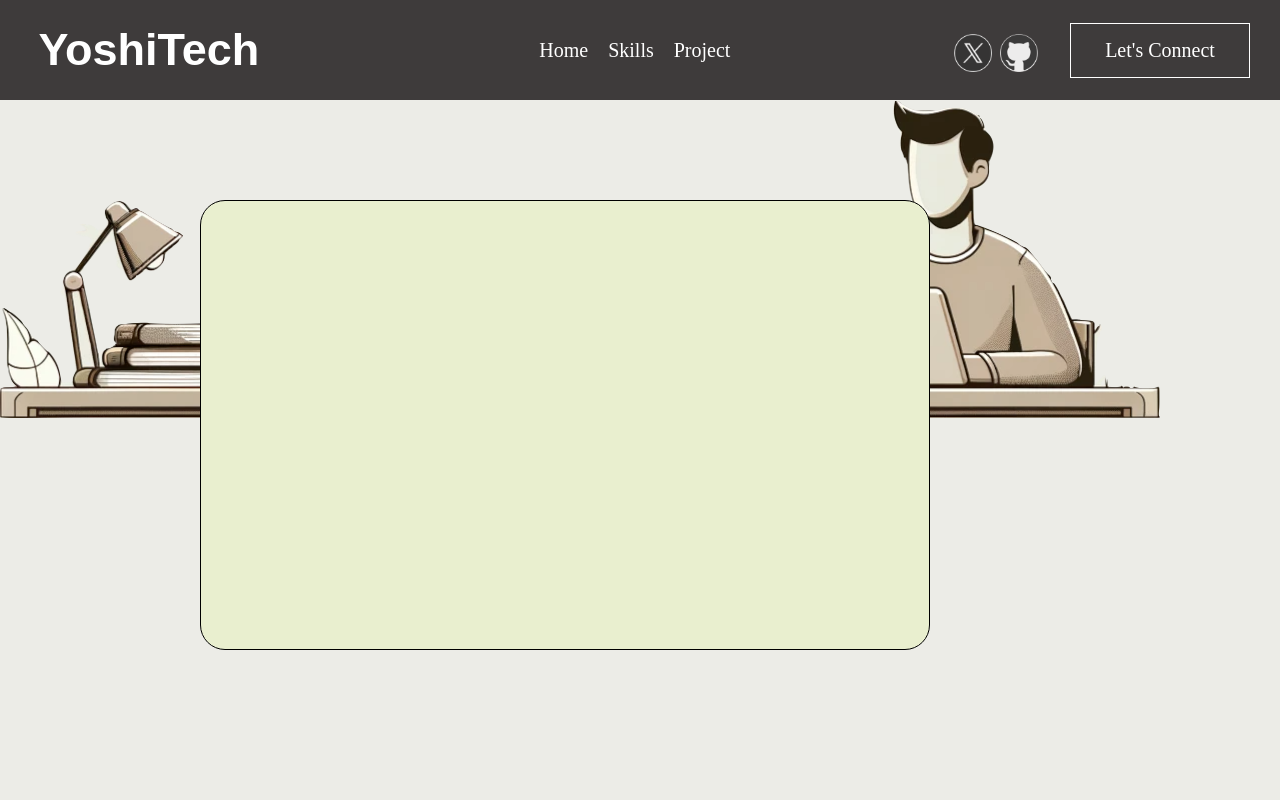
Repository: Yoshiki0418/My_Portfolio
Page: index.html
These files come from the project's save history. The page is drawn as it stood at one moment and after the next save; the edit follows.
The browser window is 1280 px wide. The pictures show the whole page.

Above is the page before, as saved 2024-01-05 21:00:15.

### index.html
<!DOCTYPE html>
<html lang="ja">
<head>
    <meta charset="UTF-8">
    <meta name="viewport" content="width=device-width, initial-scale=1.0">
    <title>Document</title>
    <link rel="stylesheet" type="text/css" href="style.css">
</head>
<body>
    <header>
        <h1 class="Logo">YoshiTech</h1>
        <div class="page_changer">
            <a class="changer_font">Home</a>
            <a class="changer_font">Skills</a>
            <a class="changer_font">Project</a>
        </div>
        <div class="sns_container">
            <a><img src="static/image/X.png" class="sns_pic"></a>
            <a><img src="static/image/GitHub.png" class="sns_pic"></a>
        </div>
        <div class="connect_container">
            <a class="connect_font">Let's Connect</a>
        </div>
    </header>
    <main>
        <section class="hero_section">
            <div class="monitor_container">
                <div class="circle_container">
                    <div class="circle"></div>
                    <div class="circle"></div>
                    <div class="circle"></div>
                </div>
            </div>
            <img class="background" src="static/image/1.jpeg">
        </section>
    </main>

</body>
</html>

### style.css
*{
    margin: 0;
    padding: 0;
    box-sizing: border-box; /* サイズ計算をより予測しやすくするためのプロパティ */
}

header {
	display: flex;					/*flexボックスを使う指定*/
	align-items: center;			/*垂直揃えの指定。天地中央に配置されるように。*/
    width: 100%;
    height: 100px;
	background-color: #3E3B3B;
    position: relative;
}

.Logo{
    margin-left: 3%;
    color: white;
    font-family: 'Comic Sans MS', 'Arial Rounded MT Bold', sans-serif;
    font-size: 45px;
}

.page_changer{
    display: flex;
	align-items: center;
    padding: 20px;
    margin-left: 250px;
    margin-right: 250px;
}

.changer_font{
    color: white;
    margin: 10px;
    font-size: 20px;
}

.connect_font{
    color: white;
    font-size: 20px;
}

.connect_container{
    position: absolute;
    right: 30px;
    width: 180px;
    height: 55px;
    border: 1px solid white;
    display: flex;
    align-items: center;
    justify-content: center;
}

.sns_pic{
    width: 38px;
    height: auto;
    margin: 2px;
}

.sns_container{
    margin-top: 10px;
    position: absolute;
    right: 240px;
}

.hero_section{
    background-color: #ECECE7;
    width: 100%;
    height: 700px;
    position: relative;
}

.monitor_container{
    background-color: #E9EFCF;
    width: 730px;
    height: 450px;
    margin-left: 200px;
    border: 1px solid rgb(0, 0, 0);
    position: absolute;
    top: 100px;
    border-radius: 25px;
}

After the next save:
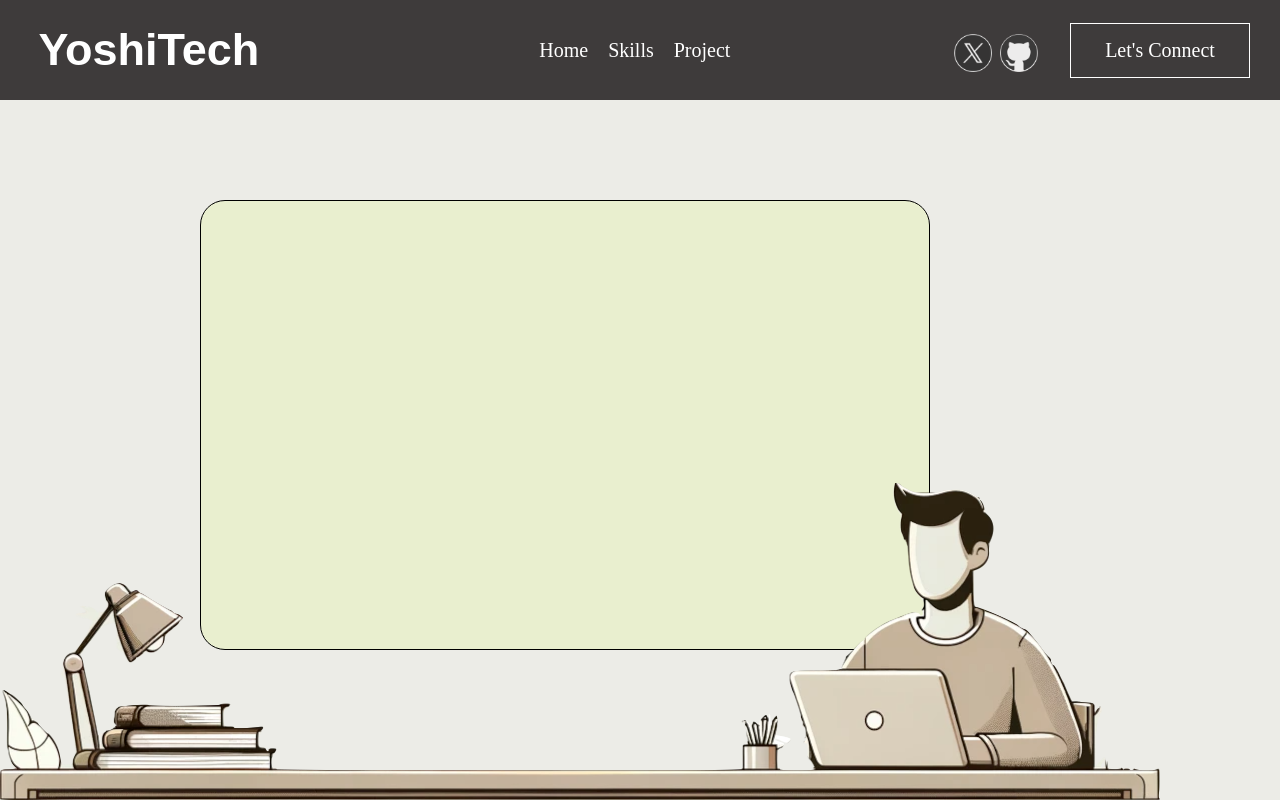
Saved 32 s later.
--- a/style.css
+++ b/style.css
@@ -79,3 +79,8 @@
     top: 100px;
     border-radius: 25px;
 }
+
+.background{
+    position: absolute;
+    bottom: 0px;
+}
